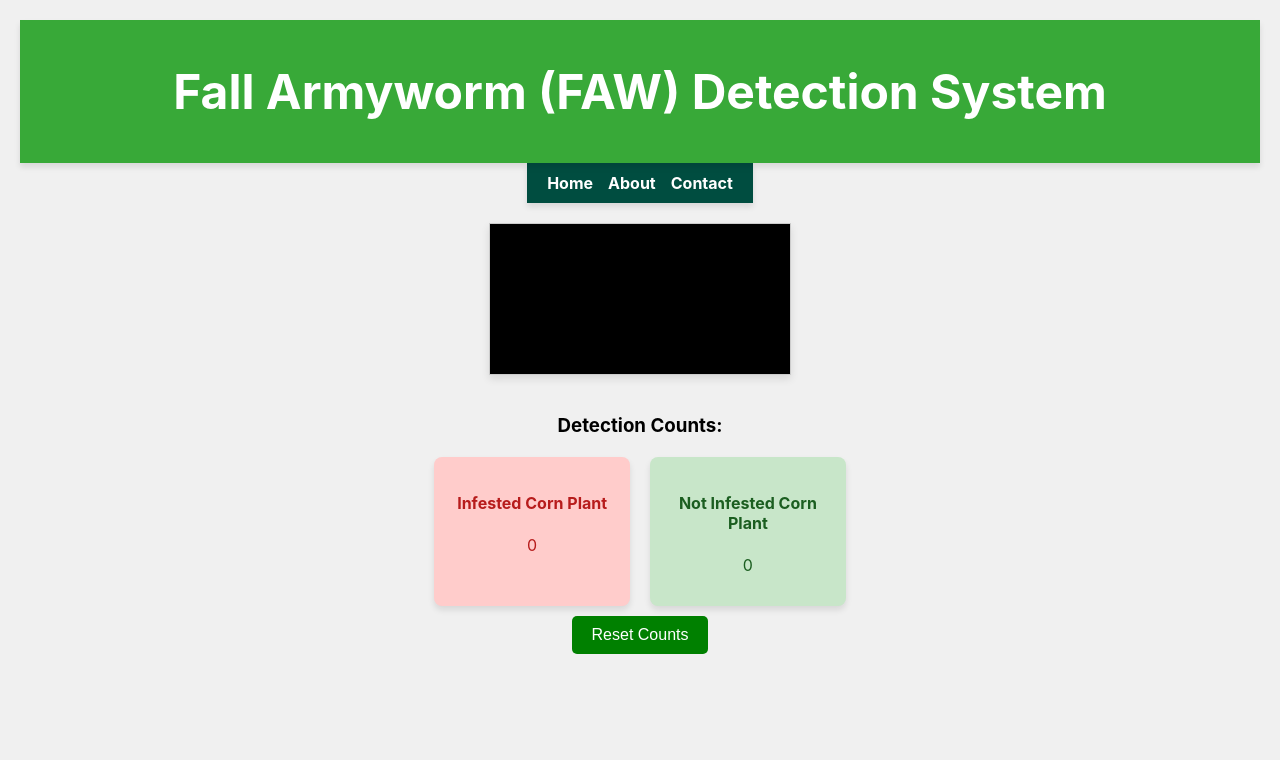
Repository: jansen223/faw-detection-main
Page: /
These files come from the project's save history. The page is drawn as it stood at one moment and after the next save; the edit follows.
The browser window is 1280 px wide. The pictures show the whole page.
The page's requests for data from a server got no answer. The project was rebuilt for these pictures with package versions that can differ from the ones it lists, and the page was loaded fresh each time. No one was signed in, and anything a server would have sent is missing.

Above is the page before, as saved 2025-04-10 00:01:10.

After the next save:
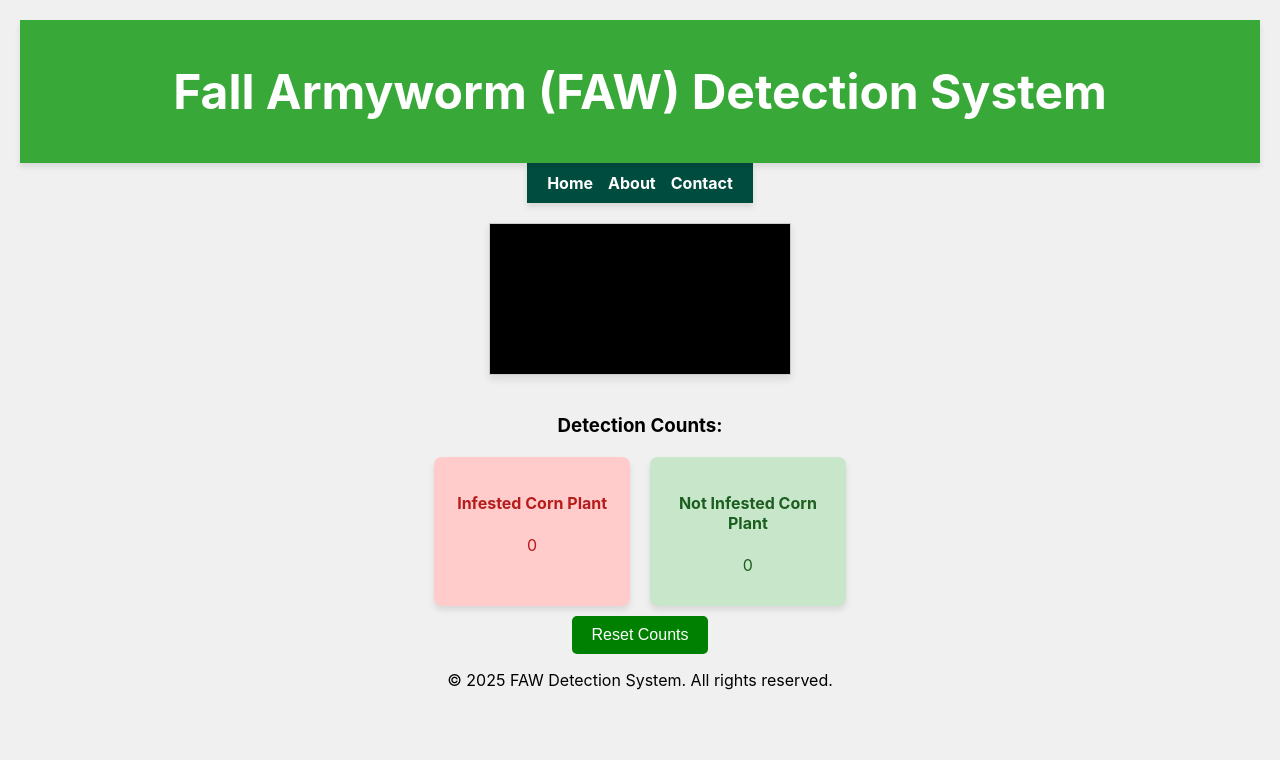
Saved 2 min 37 s later.
--- a/src/App.js
+++ b/src/App.js
@@ -83,6 +83,9 @@ function App() {
           Reset Counts
         </button>
       </div>
+      <footer className="App-footer">
+        <p>&copy; 2025 FAW Detection System. All rights reserved.</p>
+      </footer>
     </div>
   );
 }
